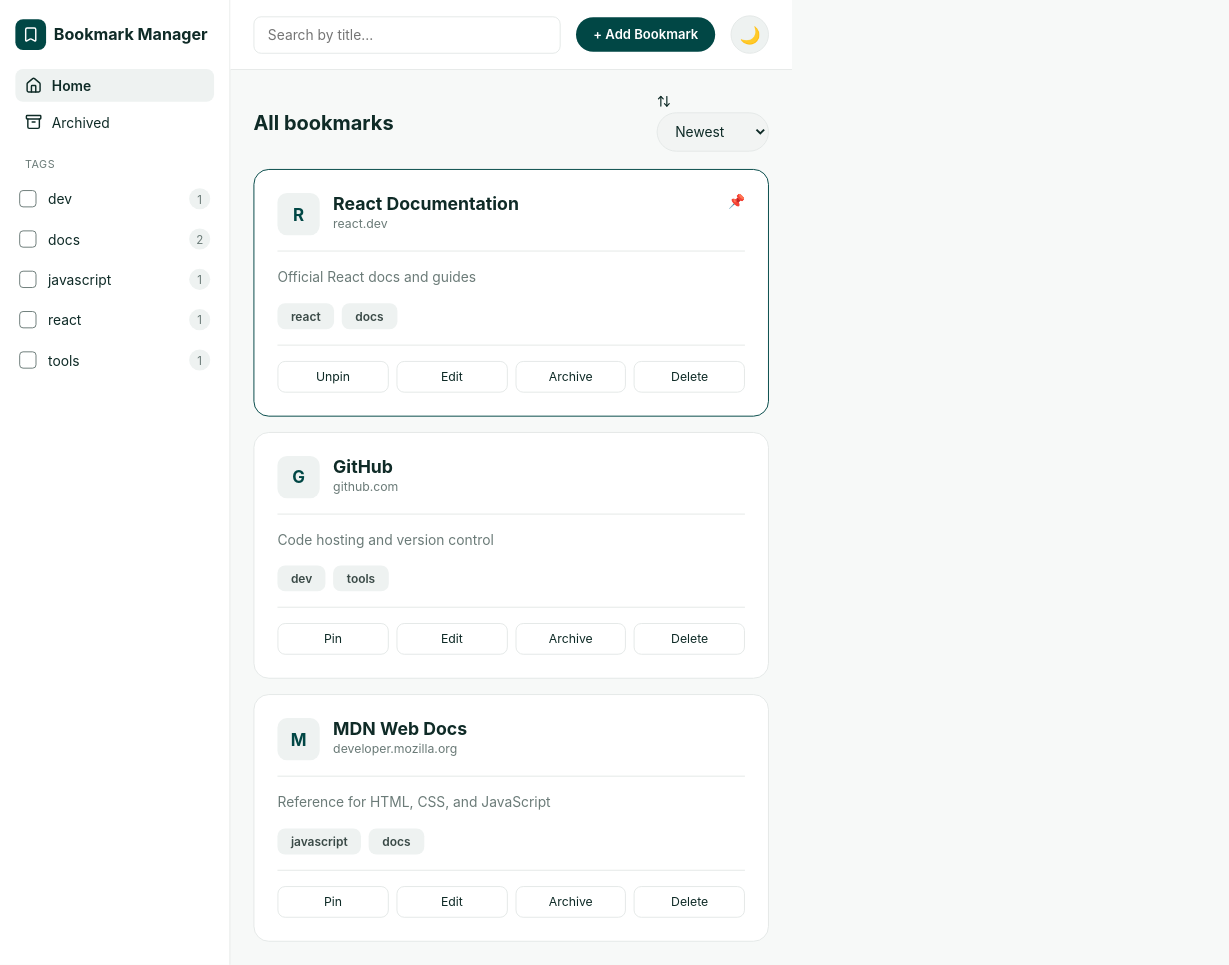
Repository: K0k1M4r/Big-Game-React
Page: /
These files come from the project's save history. The page is drawn as it stood at one moment and after the next save; the edit follows.
The browser window is 1280 px wide. The pictures show the whole page, at 96% of full size.
The project was rebuilt for these pictures with package versions that can differ from the ones it lists, and the page was loaded fresh each time. Also part of the build but not shown: vite.config.js, src/components/Modal.jsx, src/components/BookmarkForm.jsx.

Above is the page before, as saved 2026-09-23 19:45:07.

After the next save:
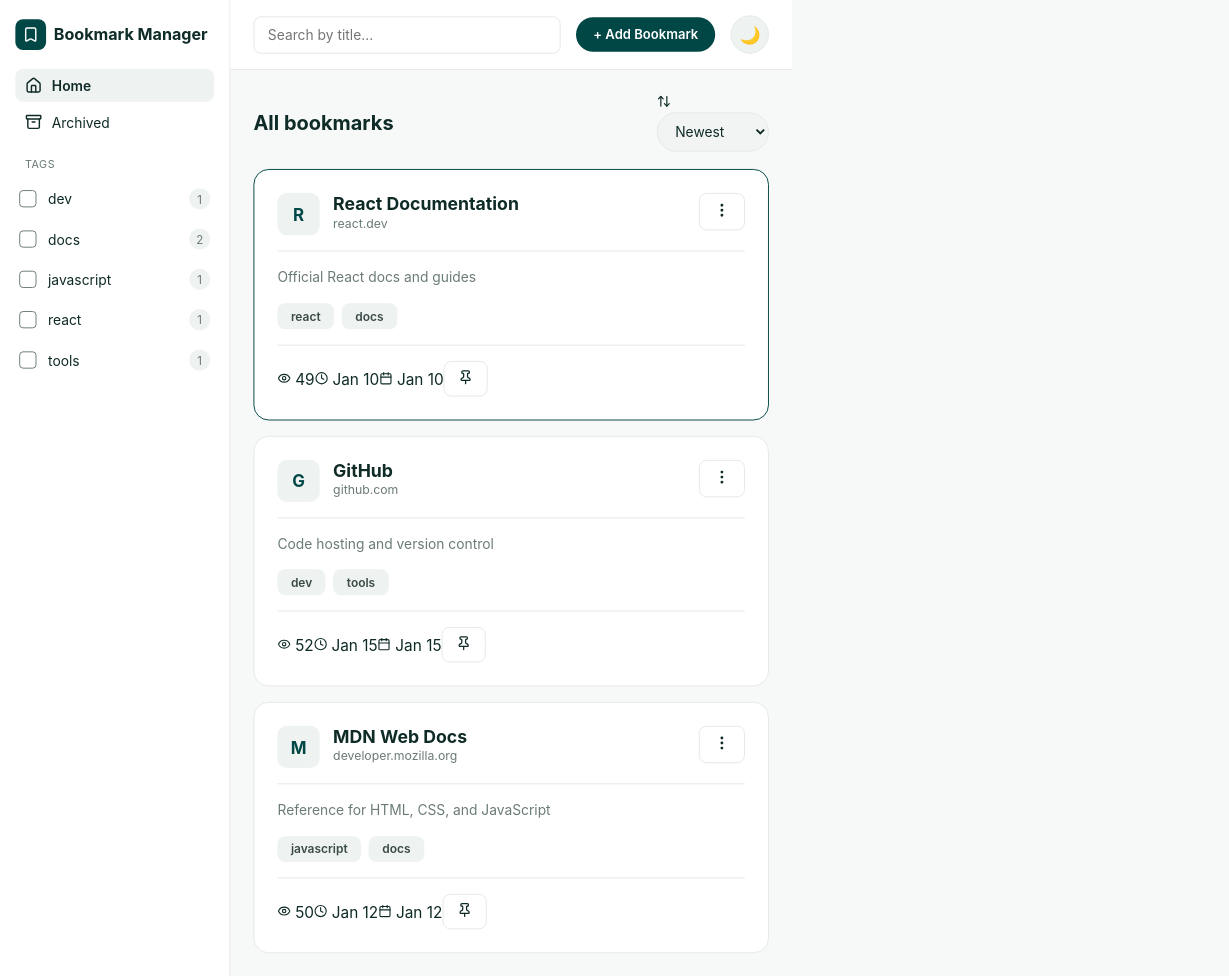
Saved 29 s later.
--- a/src/components/BookmarkCard.jsx
+++ b/src/components/BookmarkCard.jsx
@@ -1,10 +1,41 @@
+import { useState, useRef, useEffect } from "react";
+import { MoreVertical, Eye, Calendar, Clock, Pin } from "lucide-react";
 import TagList from "./TagList";
 
 function getInitial(title) {
   return title.charAt(0).toUpperCase();
 }
 
+function formatDate(dateString) {
+  const date = new Date(dateString);
+  return date.toLocaleDateString("en-US", { day: "numeric", month: "short" });
+}
+
+// Not a real analytics number — this app doesn't track views.
+// Derived deterministically from the bookmark id so it stays stable
+// across renders instead of changing randomly.
+function pseudoViewCount(id) {
+  let hash = 0;
+  for (let i = 0; i < id.length; i++) {
+    hash = (hash * 31 + id.charCodeAt(i)) % 1000;
+  }
+  return Math.abs(hash);
+}
+
 function BookmarkCard({ bookmark, onEdit, onDelete, onTogglePin, onToggleArchive }) {
+  const [menuOpen, setMenuOpen] = useState(false);
+  const menuRef = useRef(null);
+
+  useEffect(() => {
+    function handleClickOutside(e) {
+      if (menuRef.current && !menuRef.current.contains(e.target)) {
+        setMenuOpen(false);
+      }
+    }
+    document.addEventListener("mousedown", handleClickOutside);
+    return () => document.removeEventListener("mousedown", handleClickOutside);
+  }, []);
+
   let domain = "";
   try {
     domain = new URL(bookmark.url).hostname.replace("www.", "");
@@ -20,7 +51,46 @@
           <h3>{bookmark.title}</h3>
           <p className="bookmark-domain">{domain}</p>
         </div>
-        {bookmark.pinned && <span className="pin-badge">📌</span>}
+
+        <div className="card-menu" ref={menuRef}>
+          <button
+            className="card-menu-btn"
+            onClick={() => setMenuOpen((prev) => !prev)}
+            aria-label="More actions"
+          >
+            <MoreVertical size={18} />
+          </button>
+
+          {menuOpen && (
+            <div className="card-menu-dropdown">
+              <button
+                onClick={() => {
+                  onEdit(bookmark);
+                  setMenuOpen(false);
+                }}
+              >
+                Edit
+              </button>
+              <button
+                onClick={() => {
+                  onToggleArchive(bookmark.id);
+                  setMenuOpen(false);
+                }}
+              >
+                {bookmark.archived ? "Restore" : "Archive"}
+              </button>
+              <button
+                className="menu-delete"
+                onClick={() => {
+                  onDelete(bookmark.id);
+                  setMenuOpen(false);
+                }}
+              >
+                Delete
+              </button>
+            </div>
+          )}
+        </div>
       </div>
 
       <div className="bookmark-divider" />
@@ -31,15 +101,24 @@
 
       <div className="bookmark-divider" />
 
-      <div className="card-actions">
-        <button onClick={() => onTogglePin(bookmark.id)}>
-          {bookmark.pinned ? "Unpin" : "Pin"}
+      <div className="bookmark-meta">
+        <span className="meta-item">
+          <Eye size={14} /> {pseudoViewCount(bookmark.id)}
+        </span>
+        <span className="meta-item">
+          <Clock size={14} /> {formatDate(bookmark.createdAt)}
+        </span>
+        <span className="meta-item">
+          <Calendar size={14} /> {formatDate(bookmark.createdAt)}
+        </span>
+
+        <button
+          className={`pin-icon-btn ${bookmark.pinned ? "active" : ""}`}
+          onClick={() => onTogglePin(bookmark.id)}
+          aria-label={bookmark.pinned ? "Unpin" : "Pin"}
+        >
+          <Pin size={16} />
         </button>
-        <button onClick={() => onEdit(bookmark)}>Edit</button>
-        <button onClick={() => onToggleArchive(bookmark.id)}>
-          {bookmark.archived ? "Restore" : "Archive"}
-        </button>
-        <button onClick={() => onDelete(bookmark.id)}>Delete</button>
       </div>
     </div>
   );
